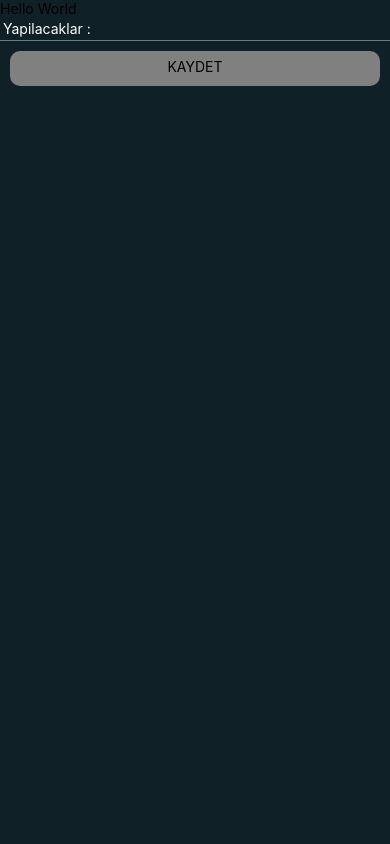
Repository: dumankedi/ToDo
Screen: /
An editor plug-in stored every save of this project. The screen is shown before and after the next save, followed by the edit.
The app was drawn by React Native's web renderer in a window 390 px wide. The project was rebuilt for these pictures with package versions that can differ from the ones it lists, and the page was loaded fresh each time.

Above is the screen before, as saved 2023-03-06 13:34:17.

After the next save:
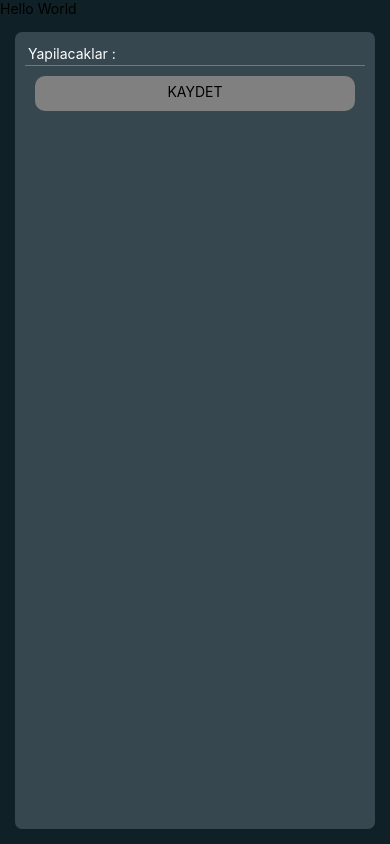
Saved 8 s later.
--- a/src/components/SaveToDo/SaveToDo.style.js
+++ b/src/components/SaveToDo/SaveToDo.style.js
@@ -4,6 +4,10 @@ import { StyleSheet } from 'react-native';
 export default StyleSheet.create({
   container: {
     flex: 1,
+     margin:15,
+        backgroundColor:'#37474f',
+        borderRadius:7,
+        padding:10,
   },
   textInput: {
         borderBottomWidth:1,
